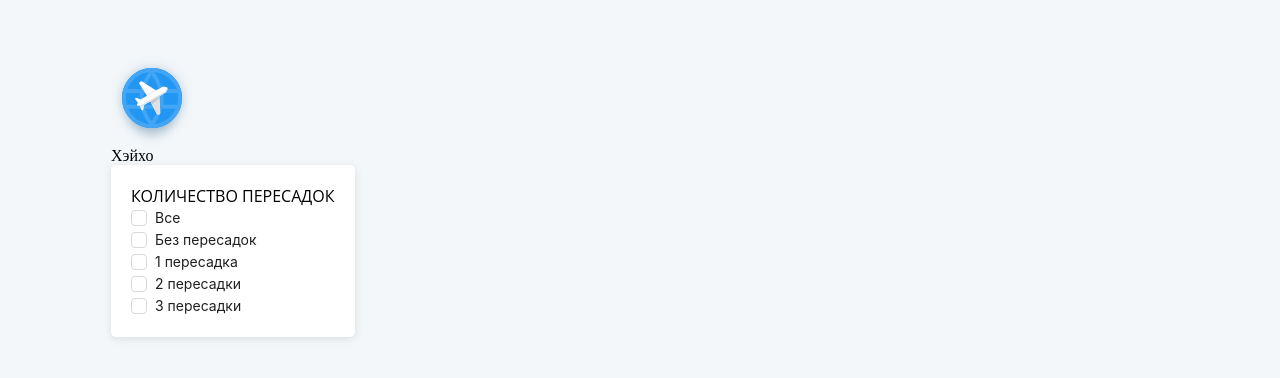
Repository: Dedoxa/aviasalesTickets
Page: /
These files come from the project's save history. The page is drawn as it stood at one moment and after the next save; the edit follows.
The browser window is 1280 px wide. The pictures show the whole page.
The project was rebuilt for these pictures with package versions that can differ from the ones it lists, and the page was loaded fresh each time. Also part of the build but not shown: vite.config.js.

Above is the page before, as saved 2024-10-19 15:53:29.

After the next save:
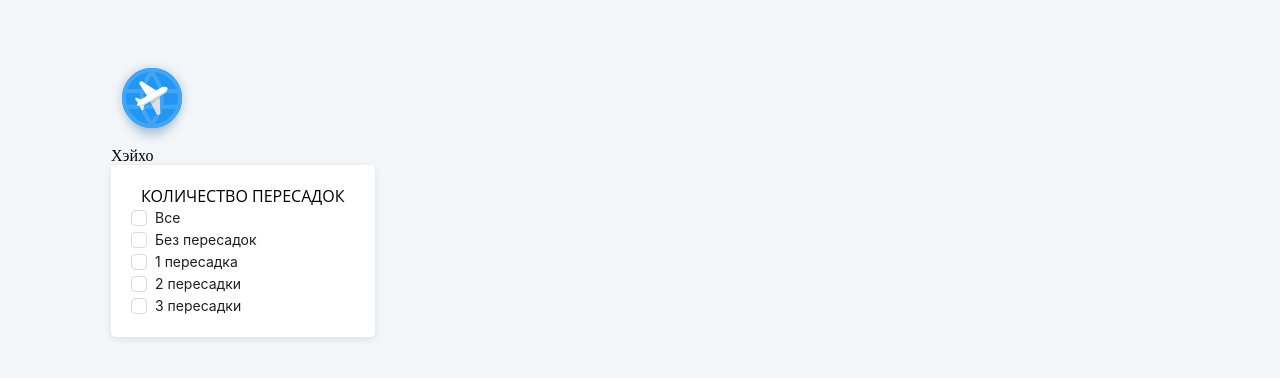
Saved 10 s later.
--- a/src/TransferFilters/TransferFilters.module.scss
+++ b/src/TransferFilters/TransferFilters.module.scss
@@ -1,5 +1,5 @@
 .title {
-    margin: 10px 0;
+    margin: 10px;
 }
 
 .checkboxContainer {

After the save that followed:
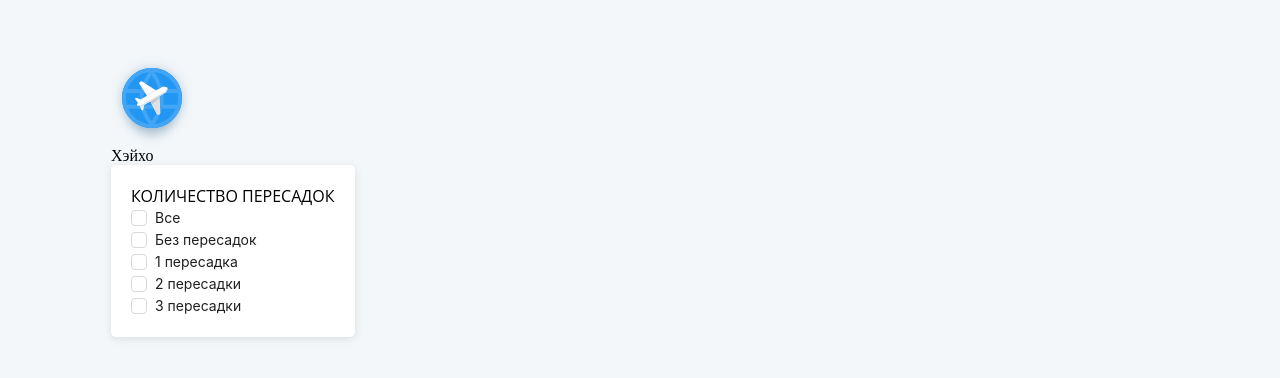
Saved 32 s later.
--- a/src/TransferFilters/TransferFilters.module.scss
+++ b/src/TransferFilters/TransferFilters.module.scss
@@ -1,5 +1,5 @@
 .title {
-    margin: 10px;
+    margin-bottom: 20px;
 }
 
 .checkboxContainer {
